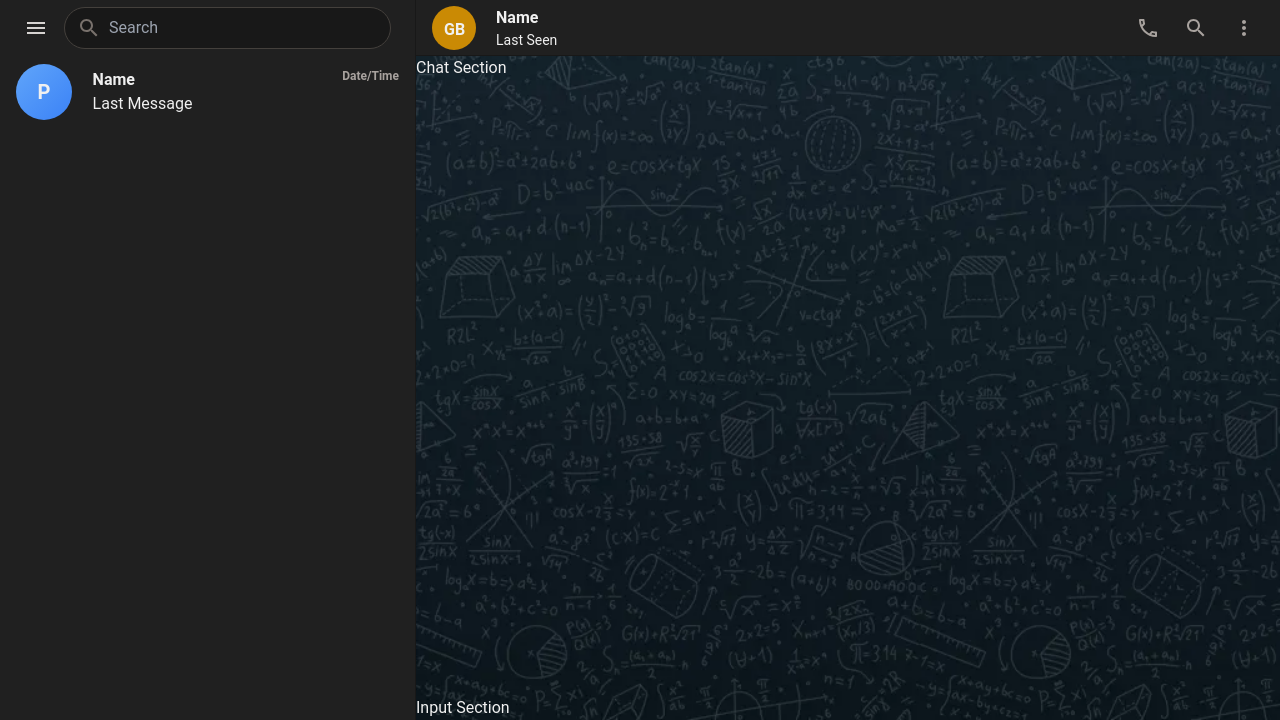
Repository: Qu4ntumGuy/telegram-clone
Page: /
The author's editor kept a copy of each file at every save. The page is drawn from the files as they stood at one save, then again after the next save.
The browser window is 1280 px wide. The pictures show the whole page.
The page's requests for data from a server got no answer. The project was rebuilt for these pictures with package versions that can differ from the ones it lists, and the page was loaded fresh each time. No one was signed in, and anything a server would have sent is missing. Also part of the build but not shown: src/Pages/ChatPage.js/ChatPage.js.

Above is the page before, as saved 2024-07-15 14:01:21.

After the next save:
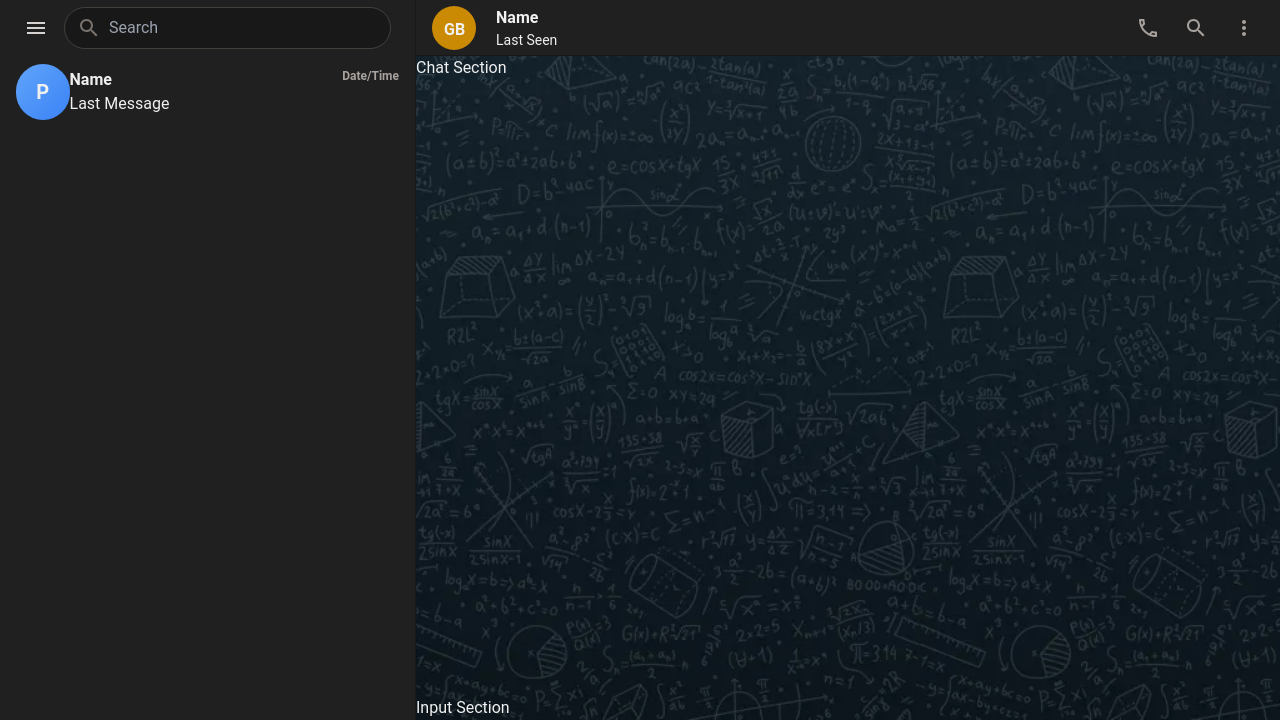
Saved 49 s later.
--- a/src/Components/Chat.js
+++ b/src/Components/Chat.js
@@ -6,7 +6,7 @@ function Chat({ name, profile }) {
       <div className="flex justify-center items-center text-xl font-semibold bg-gradient-to-br from-blue-400 rounded-full w-14 h-14 to-blue-500">
         P
       </div>
-      <div className="flex flex-col w-[80%]">
+      <div className="flex flex-col w-[90%]">
         <div className="flex">
           <div className="font-semibold ">Name</div>
           <div className="right-0 ml-auto text-xs text-stone-400 font-semibold">
